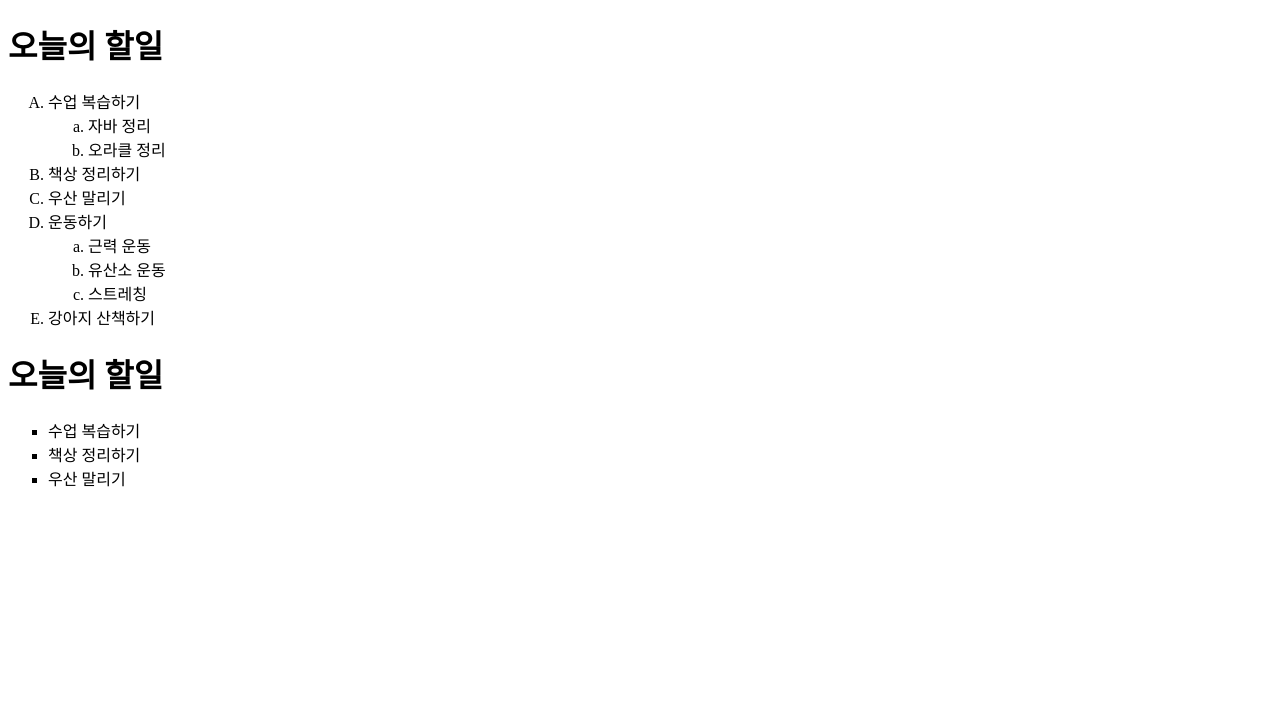
Repository: sinsujung/client
Page: ClientTest/src/main/webapp/html/ex10_list.html
These files come from the project's save history. The page is drawn as it stood at one moment and after the next save; the edit follows.
The browser window is 1280 px wide. The pictures show the whole page.

Above is the page before, as saved 2023-09-20 02:14:57.

After the next save:
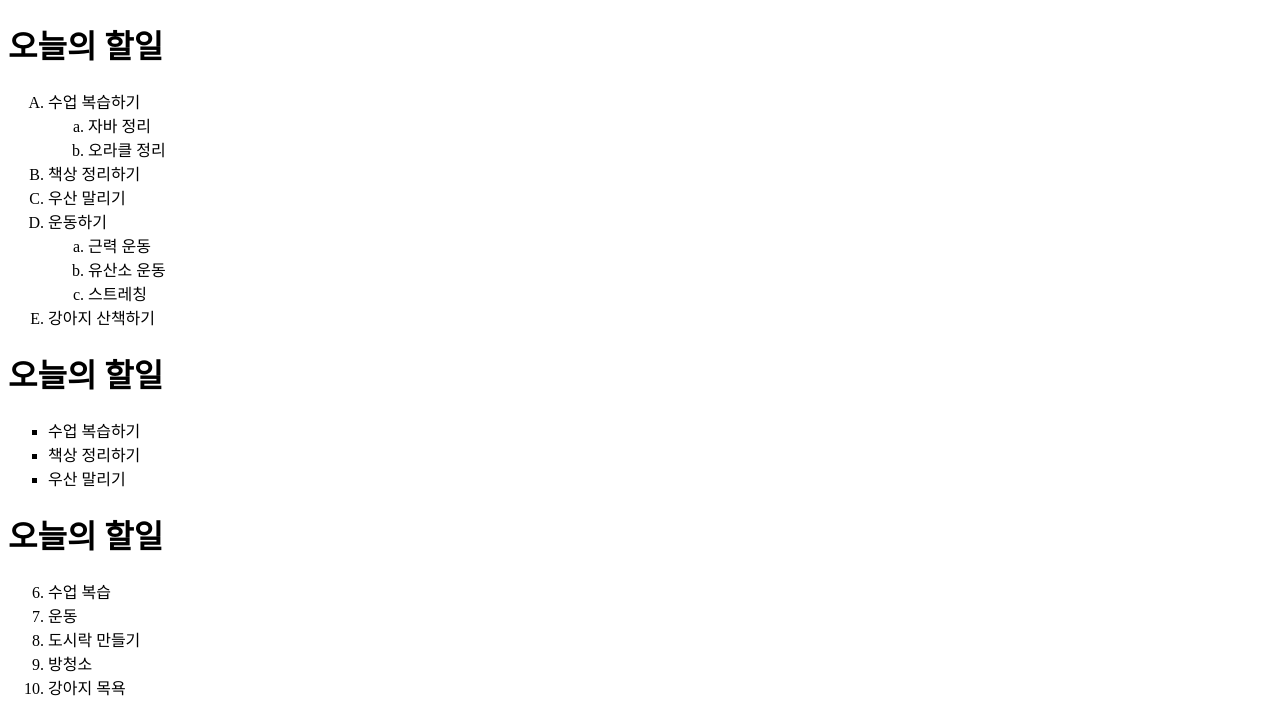
Saved 3 min 49 s later.
--- a/ClientTest/src/main/webapp/html/ex10_list.html
+++ b/ClientTest/src/main/webapp/html/ex10_list.html
@@ -56,6 +56,16 @@
 	 	<li>우산 말리기</li>
 	 </ul>
 
+	 <h1>오늘의 할일</h1>
+
+	 <!-- <ol reversed> -->
+	<ol start="6">
+	 	<li>수업 복습</li>
+	 	<li>운동</li>
+	 	<li>도시락 만들기</li>
+	 	<li>방청소</li>
+	 	<li>강아지 목욕</li>
+	 </ol>
 
 
 
